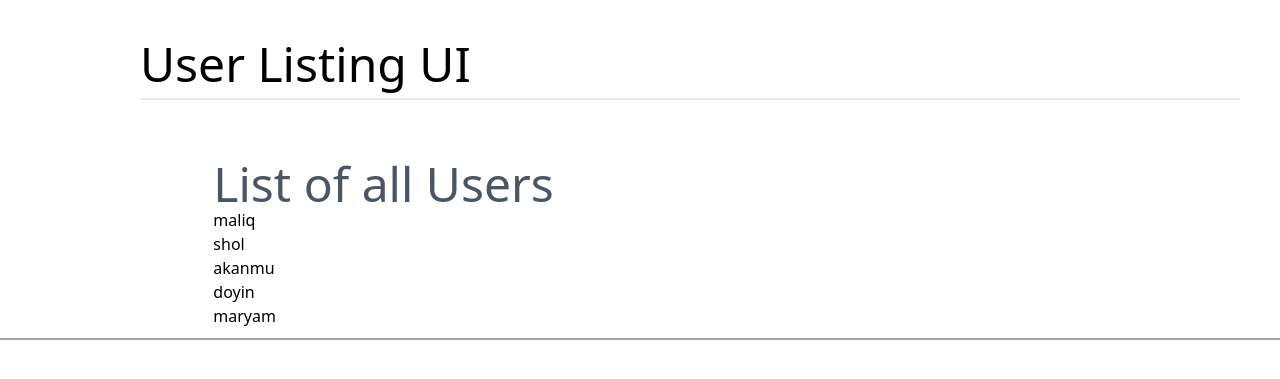
Repository: Marlstergo/listings
Page: / (app in client/)
These files come from the project's save history. The page is drawn as it stood at one moment and after the next save; the edit follows.
The browser window is 1280 px wide. The pictures show the whole page.
The project was rebuilt for these pictures with package versions that can differ from the ones it lists, and the page was loaded fresh each time. Also part of the build but not shown: client/craco.config.js, client/src/components/Loader.js, client/src/components/Order.js, client/src/components/Modal.js. Imported but missing from the stored project, and not drawn on this page: client/src/components/Base, client/src/components/Toppings.

Above is the page before, as saved 2021-07-20 21:57:48.

### client/src/index.js
/* eslint-disable no-unused-vars */
import React from "react";
import ReactDOM from "react-dom";
import "./index.css";
import App from "./App";
import reportWebVitals from "./reportWebVitals";
import { BrowserRouter } from "react-router-dom";
import { Provider } from "react-redux";
import { store } from "./redux/store";
import { PersistGate } from "redux-persist/integration/react";
import { persistor } from "./redux/store";

ReactDOM.render(
  <React.StrictMode>
    <Provider store={store}>
      <BrowserRouter>
        <PersistGate persistor={persistor}>
          <App />
        </PersistGate>
      </BrowserRouter>
    </Provider>
  </React.StrictMode>,
  document.getElementById("root")
);

// If you want to start measuring performance in your app, pass a function
// to log results (for example: reportWebVitals(console.log))
// or send to an analytics endpoint. Learn more: https://bit.ly/CRA-vitals
reportWebVitals();

### client/src/App.js
import React, { useState } from 'react';
import { Route, Switch, useLocation } from "react-router-dom";
import Header from './components/Header';
import Home from './components/Home';
import Base from './components/Base';
import Toppings from './components/Toppings';
import Order from './components/Order';
import Modal from './components/Modal';
import { AnimatePresence } from 'framer-motion';

function App() {
  const location = useLocation();
  const showModal = true;

  return (
    <>
      <Header />
      {/* <Modal showModal={showModal} /> */}
      <AnimatePresence exitBeforeEnter>
        <Switch location={location} key={location.key}>
          <Route path="/">
            <Home />
          </Route>
          <Route path="/createUpdateUser">
            <Toppings />
          </Route>
          <Route path="/order">
            <Order />
          </Route>
          <Route path="/">
            <Home />
          </Route>
        </Switch>
      </AnimatePresence>

    </>
  );
}

export default App;

### client/src/redux/store.js
import { createStore, applyMiddleware } from "redux";
import { logger } from 'redux-logger';
import {persistStore} from 'redux-persist';
// import thunk from 'redux-thunk'
import createSagaMiddleware from 'redux-saga'

import rootSaga from './root-sagas'

import rootReducer from './root-reducer';

const sagaMiddleware = createSagaMiddleware()

const middleware = [sagaMiddleware];

if( process.env.NODE_ENV === 'development'){
    middleware.push(logger)
}

export const store = createStore(rootReducer, applyMiddleware(...middleware))

sagaMiddleware.run(rootSaga)

export const persistor = persistStore(store)

export default (store, persistor);

### client/src/components/Header.js
import React from 'react';
import { motion } from 'framer-motion';

const svgVariants = {
  hidden: { rotate: -180 },
  visible: {
    rotate: 0,
    transition: { duration : 1 }
  },
}

const pathVariants = {
  hidden: {
    opacity: 0,
    pathLength: 0,
  },
  visible: {
    opacity: 1,
    pathLength: 1,
    transition: {
      duration: 2,
      ease: "easeInOut",
    }
  }
};


const Header = () => {
  return (
    <header className='flex p-[40px]  items-center'>
      <motion.div className="logo"
        drag
        dragConstraints={{ left: 0, top: 0, right: 0, bottom: 0 }}
        dragElastic={0.7}
      >
        <motion.svg className="w-[80px] overflow-visible" xmlns="http://www.w3.org/2000/svg" viewBox="0 0 100 100"
          variants={svgVariants}
          initial="hidden"
          animate="visible"
        >
          <motion.path
            fill="none"
            d="M40 40 L80 40 C80 40 80 80 40 80 C40 80 0 80 0 40 C0 40 0 0 40 0Z"
            variants={pathVariants}
          />
          <motion.path
            fill="none"
            d="M50 30 L50 -10 C50 -10 90 -10 90 30 Z"
            variants={pathVariants}
          />
        </motion.svg>
      </motion.div>
      <motion.div className=" flex-grow ml-[20px] text-xs"
        initial={{ y: -250}}
        animate={{ y: -10 }}
        transition={{ delay: 0.2, type: 'spring', stiffness: 120 }}
      >
        <h1 className="border-b-2 pb-[10px] text-5xl">User Listing UI</h1>
      </motion.div>
    </header>
  )
}

export default Header;

### client/src/components/Home.js
import React from "react";
import { Link } from "react-router-dom";
import { motion } from "framer-motion";
import Loader from "./Loader";

const buttonVariants = {
  hover: {
    scale: 1.1,
    textShadow: "0px 0px 8px rgb(255,255,255)",
    boxShadow: "0px 0px 8px rgb(255,255,255)",
    transition: {
      duration: 0.3,
      yoyo: 5,
    },
  },
};

const containerVariants = {
  hidden: {
    opacity: 0,
  },
  visible: {
    opacity: 1,
    transition: { delay: 1.5, duration: 1.5 },
  },
  exit: {
    x: "-100vh",
    transition: { ease: "easeInOut" },
  },
};
const users = ["maliq", "shol", "akanmu", "doyin", "maryam"];
const Home = () => {
  return (
    <motion.div
      className="  pb-[10px] mb-[10px] border-b-2 border-gray-400 flex flex-col items-center"
      variants={containerVariants}
      initial="hidden"
      animate="visible"
      exit="exit"
    >
      <div className="w-2/3 ">
        <h2 className="text-5xl text-gray-600">List of all Users</h2>
        <ul>
          {users.map(
            (user) => (
              <li>{user}</li>
            )
          )}

        </ul>
        {/* <table className="min-w-full divide-y divide-gray-200">
          <thead>
            <tr>
              <th className="px-6 py-3 bg-gray-50 text-left text-xs font-medium text-gray-500 uppercase tracking-wider">
                Transaction
              </th>
              <th className="px-6 py-3 bg-gray-50 text-right text-xs font-medium text-gray-500 uppercase tracking-wider">
                Amount
              </th>
              <th className="hidden px-6 py-3 bg-gray-50 text-left text-xs font-medium text-gray-500 uppercase tracking-wider md:block">
                Status
              </th>
              <th className="px-6 py-3 bg-gray-50 text-right text-xs font-medium text-gray-500 uppercase tracking-wider">
                Date
              </th>
            </tr>
          </thead>
        </table> */}
      </div>
    </motion.div>
  );
};

export default Home;

### client/src/redux/root-sagas.js
import {all, call} from 'redux-saga/effects'
import {userSagas} from './user/user.sagas'


export default function* rootSaga(){
    yield all([
        call(userSagas),
    ])
}

### client/src/redux/root-reducer.js
import {combineReducers} from 'redux'
import userReducer from './user/user.reducer'
// import cartReducer from './cart/cart.reducer'
import {persistReducer} from 'redux-persist'
import storage from 'redux-persist/lib/storage'
// import directoryReducer from './directory/directory.reducer'
// import shopReducer from './shop/shop.reducer'

const persistConfig ={
    key: 'root',
    storage,
    whitelist: ['' ]
}
const rootReducer = combineReducers({
    user: userReducer,

})
export default persistReducer(persistConfig, rootReducer)

### client/src/redux/user/user.sagas.js
import { all, call, put, takeLatest } from "redux-saga/effects";

import UserActionTypes from "./user.types";
import { loadUserDetail } from "./user.action";
// import axios from "axios";
// import { getUserDetailsURL } from "../../components/stringConstants";

export function* getDetails() {
  yield console.log("i fired");

  // try {
  //   console.log("inside try");

  //   const res = yield axios.get(getUserDetailsURL);
  //   const data = yield res.data;
  //   console.log(res);
  //   yield put(loadUserDetail(data ? data.data[0] : {}));
  // } catch (err) {
  //   console.log(err.response);
  //   if (err.response && err.response.statusText === "Not Found") {
  //     // console.log("");
  //     window.location.href = "/profile/settings?newUser=0837";
  //   }
  // }
}

export function* getUserDetails() {
  yield takeLatest(UserActionTypes.GET_USER_DETAIL, getDetails);
}
// export function* loadUserDetails(){
//     yield takeLatest(UserActionTypes.LOAD_USER_DETAIL, loadDetails)
// }

export function* userSagas() {
  yield all([call(getUserDetails)]);
}

### client/src/redux/user/user.reducer.js
import UserActionTypes from "./user.types";
const INITIAL_STATE = {
  // currentUser: null,
  userDetail: {},
  demo: 'i am demo',
  location: null

};
const userReducer = (state = INITIAL_STATE, action) => {
  switch (action.type) {

    case UserActionTypes.LOAD_USER_DETAIL:
      return {
        ...state,
        userDetail: action.payload,
      };

    case UserActionTypes.COLLECT_GEOLOCATION:
      return {
        ...state,
        location: action.payload
      }
    default:
      return state;
  }
};

export default userReducer;

### client/src/redux/user/user.types.js
const UserActionTypes ={
    GOOGLE_SIGN_IN_START : 'GOOGLE_SIGN_IN_START',
    SIGN_IN_SUCCESS : 'SIGN_IN_SUCCESS',
    SIGN_IN_FAILURE : 'SIGN_IN_FAILURE',
    GET_USER_DETAIL: 'GET_USER_DETAIL',
    LOAD_USER_DETAIL: 'LOAD_USER_DETAIL',
    COLLECT_GEOLOCATION: 'COLLECT_GEOLOCATION',
    FETCH_GEOLOCATION: 'FETCH_GEOLOCATION'
}
export default UserActionTypes;

### client/src/redux/user/user.action.js
import UserActionTypes from './user.types'



// export const googleSignInStart = () => ({
//     type: UserActionTypes.GOOGLE_SIGN_IN_START
// })

// export const signInSuccess = (user) => ({
//     type: UserActionTypes.SIGN_IN_SUCCESS,
//     payload: user
// })

export const getUserDetail = () => ({
    type: UserActionTypes.GET_USER_DETAIL,

})
export const loadUserDetail = (details) => ({
    type: UserActionTypes.LOAD_USER_DETAIL,
    payload: details
})

export const fetchGeoloction = () => ({
    type: UserActionTypes.FETCH_GEOLOCATION
})
export const collectGeolocation = (location) => ({
    type: UserActionTypes.COLLECT_GEOLOCATION,
    payload: location
})
// })

### client/tailwind.config.js
  // tailwind.config.js
  module.exports = {
    mode:'jit',
    purge: ['./src/**/*.{js,jsx,ts,tsx}', './public/index.html'],
     darkMode: false, // or 'media' or 'class'
     theme: {
       extend: {},
     },
     variants: {
       extend: {},
     },
     plugins: [],
   }

Loaded but not shown: client/public/index.html (common file); client/src/index.css (common file); client/src/reportWebVitals.js (common file)

After the next save:
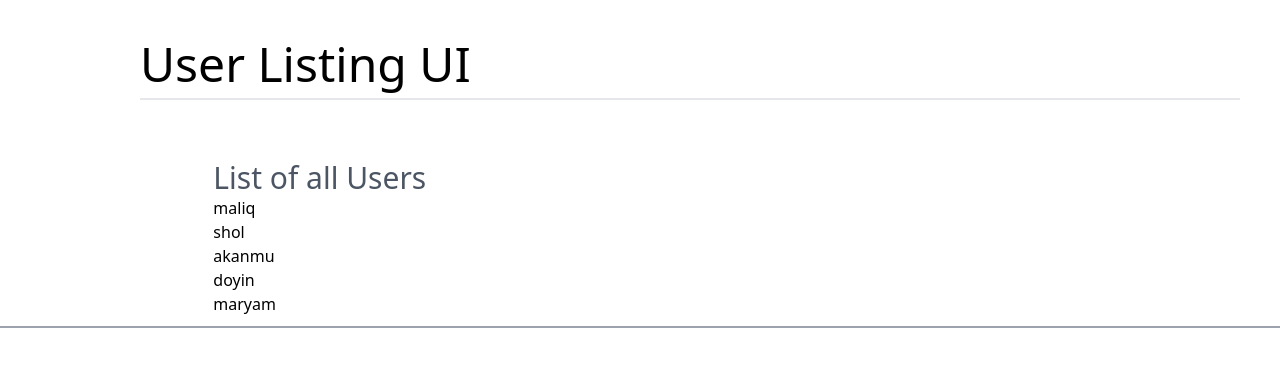
Saved 17 s later.
--- a/client/src/components/Home.js
+++ b/client/src/components/Home.js
@@ -39,7 +39,7 @@ const Home = () => {
       exit="exit"
     >
       <div className="w-2/3 ">
-        <h2 className="text-5xl text-gray-600">List of all Users</h2>
+        <h2 className="text-3xl text-gray-600">List of all Users</h2>
         <ul>
           {users.map(
             (user) => (
